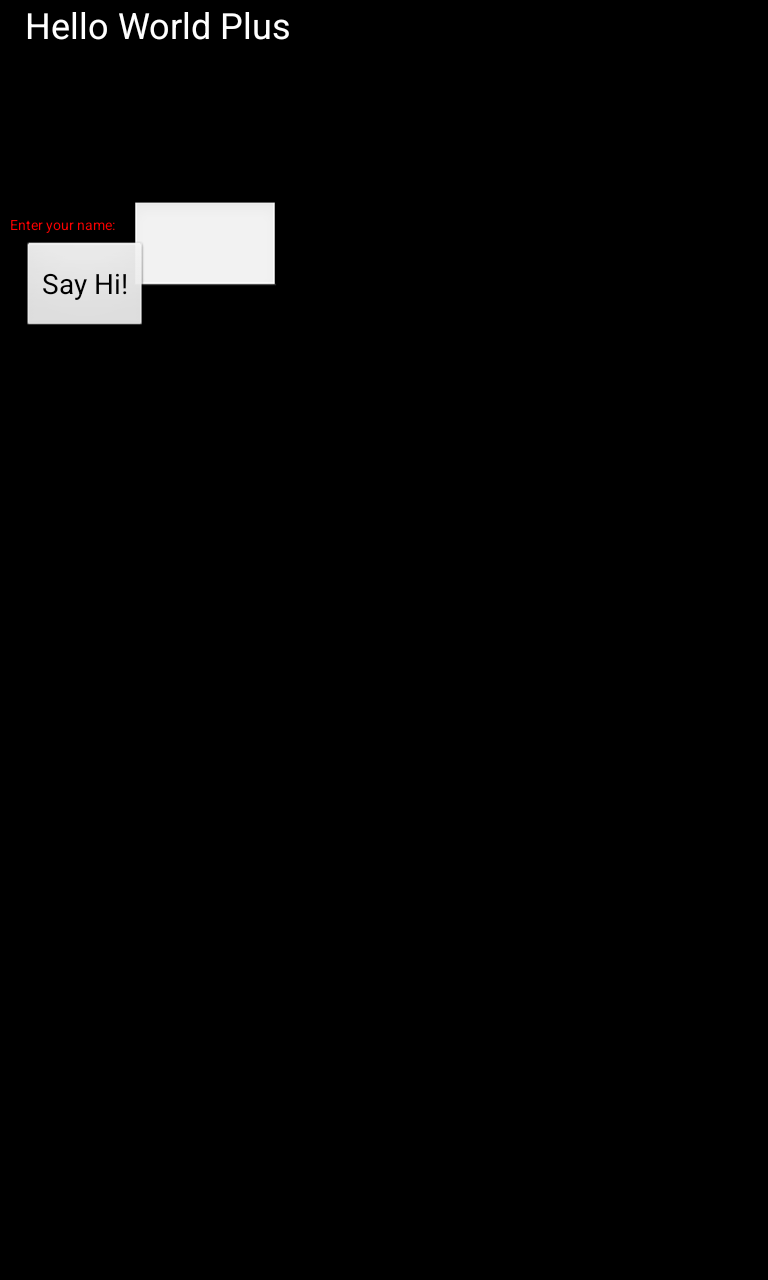
Repository: adatta02/comp194ma
Layout: hello_world/res/layout/main.xml
An editor plug-in stored every save of this project. The layout is shown before and after the next save, followed by the edit.
It is drawn on a 768 x 1280 px phone screen (xhdpi) without system bars, with theme android:Theme; the app's code is not run.

Above is the layout before, as saved 2009-02-04 20:25:39.

### hello_world/res/layout/main.xml
<?xml version="1.0" encoding="utf-8"?>

<AbsoluteLayout android:id="@+id/AbsoluteLayout01" android:layout_width="wrap_content" android:layout_height="wrap_content" xmlns:android="http://schemas.android.com/apk/res/android"><TextView android:id="@+id/TextView01" android:layout_width="wrap_content" android:text="Hello World Plus" android:textSize="36px" android:textColor="@color/white" android:layout_height="fill_parent" android:paddingLeft="25px"></TextView>
<EditText android:layout_width="wrap_content" android:layout_height="wrap_content" android:layout_y="200px" android:layout_x="130px" android:width="150px" android:id="@+id/name"></EditText>
<TextView android:id="@+id/TextView02" android:layout_width="wrap_content" android:layout_height="wrap_content" android:text="Enter your name:" android:layout_y="215px" android:textColor="#FF0000" android:textSize="14px" android:layout_x="10px"></TextView>
<Button android:layout_width="wrap_content" android:layout_height="wrap_content" android:text="Say Hi!" android:layout_x="20px" android:layout_y="240px" android:id="@+id/button"></Button>
</AbsoluteLayout>

### hello_world/res/values/strings.xml
<?xml version="1.0" encoding="utf-8"?>
<resources>
    <string name="hello">Hello World, HelloWorld</string>
    <string name="app_name">HelloWorld</string>
<color name="white">#ffffff</color>



</resources>

After the next save:
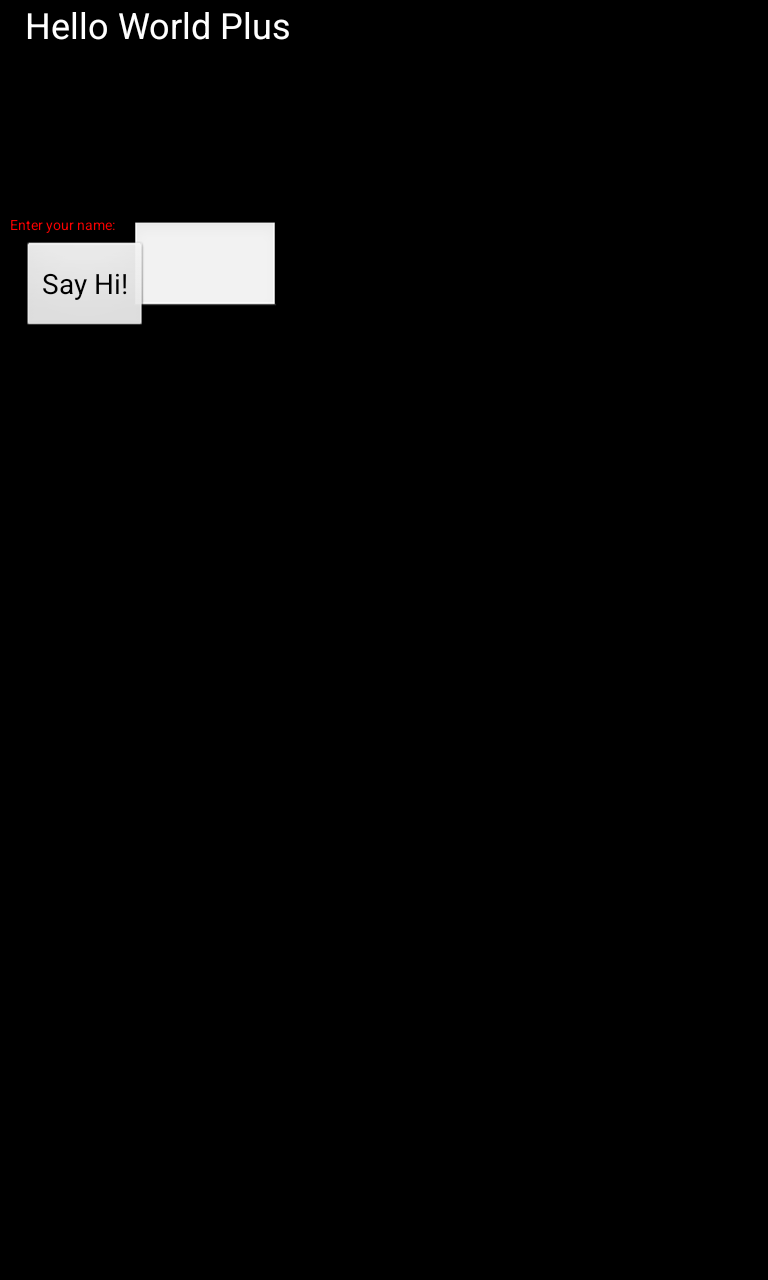
Saved 2 min 45 s later.
--- a/hello_world/res/layout/main.xml
+++ b/hello_world/res/layout/main.xml
@@ -1,7 +1,7 @@
 <?xml version="1.0" encoding="utf-8"?>
 
 <AbsoluteLayout android:id="@+id/AbsoluteLayout01" android:layout_width="wrap_content" android:layout_height="wrap_content" xmlns:android="http://schemas.android.com/apk/res/android"><TextView android:id="@+id/TextView01" android:layout_width="wrap_content" android:text="Hello World Plus" android:textSize="36px" android:textColor="@color/white" android:layout_height="fill_parent" android:paddingLeft="25px"></TextView>
-<EditText android:layout_width="wrap_content" android:layout_height="wrap_content" android:layout_y="200px" android:layout_x="130px" android:width="150px" android:id="@+id/name"></EditText>
+<EditText android:layout_width="wrap_content" android:layout_height="wrap_content" android:layout_x="130px" android:width="150px" android:id="@+id/name" android:layout_y="220px"></EditText>
 <TextView android:id="@+id/TextView02" android:layout_width="wrap_content" android:layout_height="wrap_content" android:text="Enter your name:" android:layout_y="215px" android:textColor="#FF0000" android:textSize="14px" android:layout_x="10px"></TextView>
 <Button android:layout_width="wrap_content" android:layout_height="wrap_content" android:text="Say Hi!" android:layout_x="20px" android:layout_y="240px" android:id="@+id/button"></Button>
 </AbsoluteLayout>
